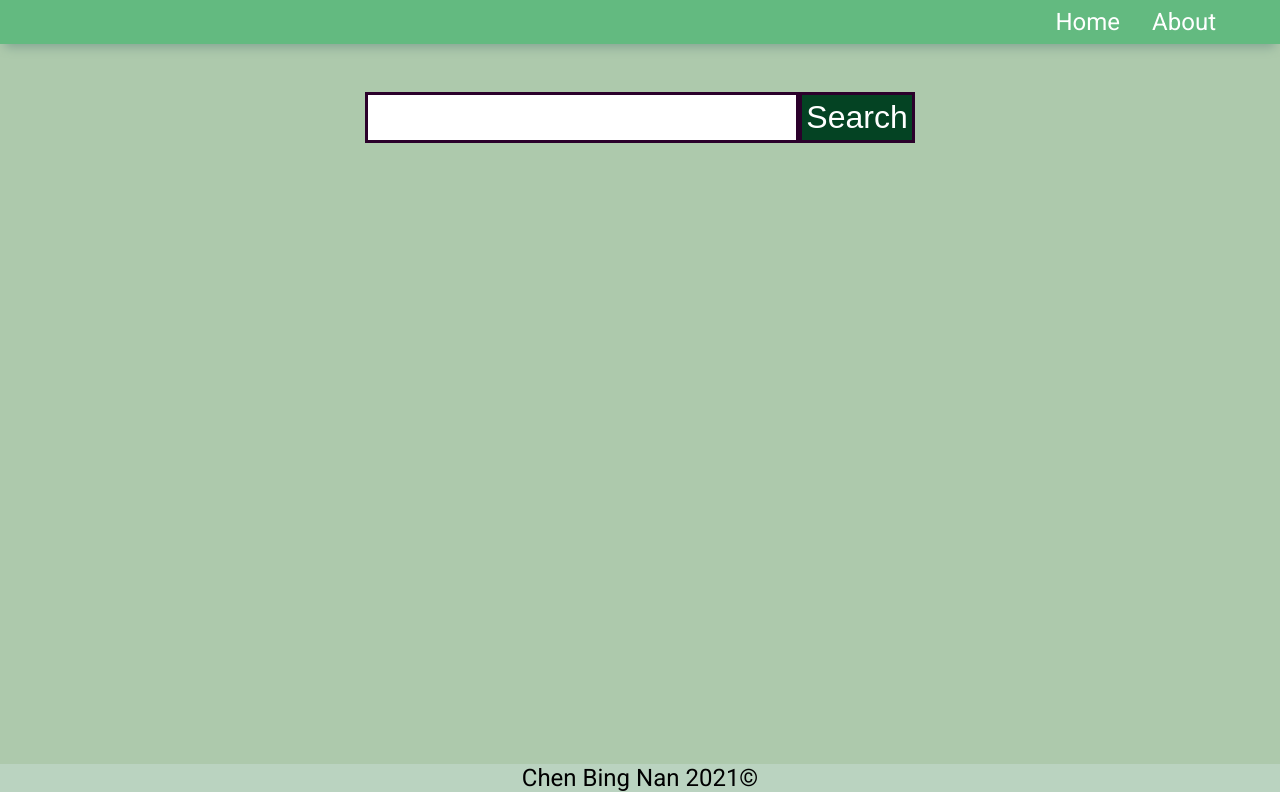
Repository: r1991108/pictureSearchProj
Page: /
The author's editor kept a copy of each file at every save. The page is drawn from the files as they stood at one save, then again after the next save.
The browser window is 1280 px wide. The pictures show the whole page.
The page's requests for data from a server got no answer. The project was rebuilt for these pictures with package versions that can differ from the ones it lists, and the page was loaded fresh each time. No one was signed in, and anything a server would have sent is missing. Also part of the build but not shown: src/components/Pictures.js, src/pages/About.js.

Above is the page before, as saved 2021-11-23 19:47:15.

### public/index.html
<!DOCTYPE html>
<html lang="en">

<head>
  <meta charset="utf-8" />
  <!-- <link rel="icon" href="%PUBLIC_URL%/favicon.ico" /> -->
  <meta name="viewport" content="width=device-width, initial-scale=1" />
  <link rel="preconnect" href="https://fonts.googleapis.com">
  <link rel="preconnect" href="https://fonts.gstatic.com" crossorigin>
  <link href="https://fonts.googleapis.com/css2?family=Roboto&display=swap" rel="stylesheet">
  <!-- <meta name="theme-color" content="#000000" /> -->
  <!-- <meta name="description" content="Web site created using create-react-app" /> -->
  <!-- <link rel="apple-touch-icon" href="%PUBLIC_URL%/logo192.png" /> -->
  <!--
      manifest.json provides metadata used when your web app is installed on a
      user's mobile device or desktop. See https://developers.google.com/web/fundamentals/web-app-manifest/
    -->
  <!-- <link rel="manifest" href="%PUBLIC_URL%/manifest.json" /> -->
  <!--
      Notice the use of %PUBLIC_URL% in the tags above.
      It will be replaced with the URL of the `public` folder during the build.
      Only files inside the `public` folder can be referenced from the HTML.

      Unlike "/favicon.ico" or "favicon.ico", "%PUBLIC_URL%/favicon.ico" will
      work correctly both with client-side routing and a non-root public URL.
      Learn how to configure a non-root public URL by running `npm run build`.
    -->
  <title>React App</title>
</head>

<body>
  <noscript>You need to enable JavaScript to run this app.</noscript>
  <div id="root"></div>
  <!--
      This HTML file is a template.
      If you open it directly in the browser, you will see an empty page.

      You can add webfonts, meta tags, or analytics to this file.
      The build step will place the bundled scripts into the <body> tag.

      To begin the development, run `npm start` or `yarn start`.
      To create a production bundle, use `npm run build` or `yarn build`.
    -->
</body>

</html>

### src/App.js
import React from "react";
import Nav from "./components/Nav";
import Footer from "./components/Footer";
import Homepage from "./pages/Homepage";
import About from "./pages/About";
import { Routes, Route } from "react-router";
import "./styles/style.css";

function App() {
  return (
    <div className="App">
      <Nav />
      <Routes>
        <Route path="/" element={<Homepage />} />
        <Route path="/about" element={<About />} />
      </Routes>

      <Footer />
    </div>
  );
}

export default App;

### src/components/Nav.js
import React from "react";
import { Link } from "react-router-dom";

const Nav = () => {
  return (
    <nav>
      <ul>
        <li>
          <Link to="/">Home</Link>
        </li>
        <li>
          {/* use Link to prevent page refreshing */}
          {/* <a href="/about">About</a> */}
          <Link to="/about">About</Link>
        </li>
      </ul>
    </nav>
  );
};

export default Nav;

### src/components/Footer.js
import React from "react";

const Footer = () => {
  return <div className="footer">Chen Bing Nan 2021©</div>;
};

export default Footer;

### src/pages/Homepage.js
import React, { useState, useEffect } from "react";
import Search from "../components/Search";
import Pictures from "../components/Pictures";

const Homepage = () => {
  const [input, setInput] = useState("");
  let [data, setData] = useState(null);
  const auth = "563492ad6f9170000100000182e90c4547de4c1a86e107ab2e3a4a91 ";
  const initialURL = "https://api.pexels.com/v1/curated?page=1&per_page=15";
  const searchURL = `https://api.pexels.com/v1/search?query=${input}&per_page=15&page=1`;

  // fetch data from pexels api
  const searchHandler = async (url) => {
    const dataFetch = await fetch(url, {
      method: "GET",
      headers: {
        Accept: "application/json",
        Authorization: auth,
      },
    });
    let parsedData = await dataFetch.json();
    setData(parsedData.photos);
    console.log(data);
  };

  // fetch data when the page loads up
  useEffect(() => {
    searchHandler(initialURL);
  }, []);

  return (
    <div style={{ minHeight: "100vh" }}>
      <Search
        searchHandler={() => {
          searchHandler(searchURL);
        }}
        setInput={setInput}
      />

      <div className="pictures">
        {data &&
          data.map((d) => {
            return <Pictures data={d} />;
          })}
      </div>
    </div>
  );
};

export default Homepage;

### src/styles/style.css
* {
  margin: 0;
  padding: 0;
  -webkit-box-sizing: border-box;
          box-sizing: border-box;
}

body {
  font-family: "Roboto", sans-serif;
  background-color: #adc9ac;
}

a {
  text-decoration: none;
  color: black;
}

ul {
  list-style-type: none;
}

.morePicture {
  display: -webkit-box;
  display: -ms-flexbox;
  display: flex;
  -webkit-box-pack: center;
      -ms-flex-pack: center;
          justify-content: center;
  -webkit-box-align: center;
      -ms-flex-align: center;
          align-items: center;
  padding: 2rem;
}

.morePicture button {
  padding: 0.25rem 1rem;
  font-size: 2rem;
  border: 3px solid #2b002b;
  background-color: #012e0b;
  cursor: pointer;
  color: white;
}

.morePicture button:hover {
  background-color: #26bc71;
}

.about {
  color: #150748;
  padding-left: 1rem;
}

.about ul {
  padding: 0.25rem 0;
}

.about ul li {
  padding: 0.25rem 0;
}

nav {
  background-color: #63ba80;
  position: -webkit-sticky;
  position: sticky;
  top: 0;
  z-index: 500;
  -webkit-box-shadow: 0 8px 10px -5px #83a492;
          box-shadow: 0 8px 10px -5px #83a492;
}

nav ul {
  display: -webkit-box;
  display: -ms-flexbox;
  display: flex;
  -webkit-box-pack: end;
      -ms-flex-pack: end;
          justify-content: flex-end;
  margin-right: 3rem;
}

nav ul li {
  padding: 0.5rem 1rem;
}

nav ul li a {
  font-size: 1.5rem;
  color: white;
}

.search {
  display: -webkit-box;
  display: -ms-flexbox;
  display: flex;
  -webkit-box-pack: center;
      -ms-flex-pack: center;
          justify-content: center;
  -webkit-box-align: center;
      -ms-flex-align: center;
          align-items: center;
  padding: 3rem 0rem;
}

.search input,
.search button {
  font-size: 2rem;
  padding: 0.25rem;
  border: 3px solid #2b002b;
}

.search button {
  background-color: #044323;
  color: white;
  cursor: pointer;
}

.search button:hover {
  background-color: #26bc71;
}

@media screen and (max-width: 428px) {
  .search {
    padding-top: 1rem;
    padding-bottom: 0rem;
  }
  .search input,
  .search button {
    font-size: 1.5rem;
    padding: 0.25rem;
    border: 2px solid #2b002b;
  }
}

.footer {
  display: -webkit-box;
  display: -ms-flexbox;
  display: flex;
  -webkit-box-pack: center;
      -ms-flex-pack: center;
          justify-content: center;
  -webkit-box-align: center;
      -ms-flex-align: center;
          align-items: center;
  font-size: 1.5rem;
  background-color: #bad3c0;
}

.pictures {
  display: -webkit-box;
  display: -ms-flexbox;
  display: flex;
  -ms-flex-wrap: wrap;
      flex-wrap: wrap;
  -webkit-box-pack: center;
      -ms-flex-pack: center;
          justify-content: center;
  -webkit-box-align: center;
      -ms-flex-align: center;
          align-items: center;
}

.pictures .picture {
  padding: 1rem;
  width: 400px;
}

.pictures .picture .imageContainer {
  overflow: hidden;
  height: 40vh;
}

.pictures .picture .imageContainer img {
  width: 100%;
  height: 100%;
  -o-object-fit: cover;
     object-fit: cover;
  -webkit-transition: all 0.3s ease;
  transition: all 0.3s ease;
}

.pictures .picture .imageContainer img:hover {
  -webkit-transform: scale(1.25);
          transform: scale(1.25);
  cursor: pointer;
}

@media screen and (max-width: 428px) {
  .morePicture {
    padding: 1rem;
  }
  .morePicture button {
    padding: 0rem 1rem;
    font-size: 2rem;
    border: 2px solid #2b002b;
  }
}
/*# sourceMappingURL=style.css.map */

### src/components/Search.js
import React from "react";

const Search = ({ searchHandler, setInput }) => {
  const inputHandler = (e) => {
    // console.log(e.target.value);
    setInput(e.target.value);
  };

  return (
    <div className="search">
      <input onChange={inputHandler} type="text" />
      <button onClick={searchHandler}>Search</button>
    </div>
  );
};

export default Search;

Loaded but not shown: src/index.js (common file)

After the next save:
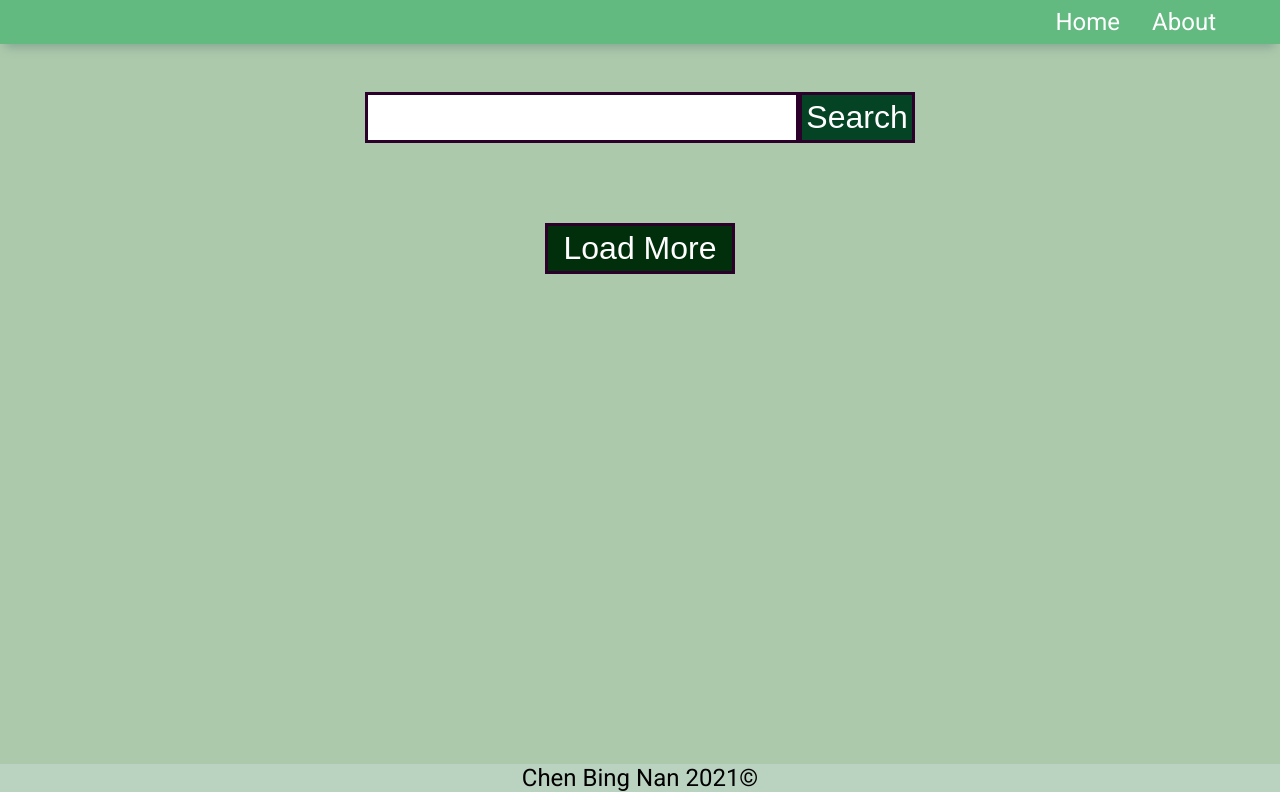
Saved 2 min 22 s later.
--- a/src/pages/Homepage.js
+++ b/src/pages/Homepage.js
@@ -43,6 +43,9 @@ const Homepage = () => {
             return <Pictures data={d} />;
           })}
       </div>
+      <div className="morePicture">
+        <button>Load More</button>
+      </div>
     </div>
   );
 };
